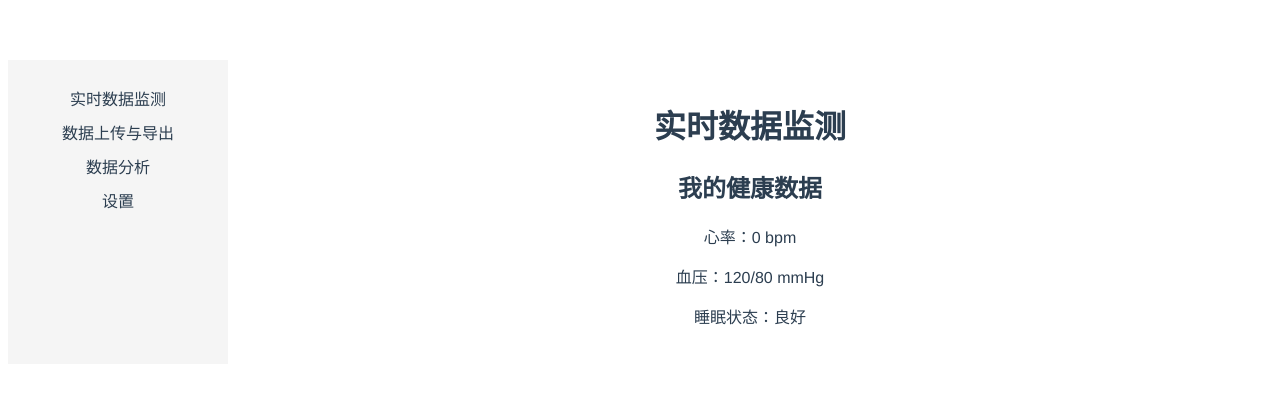
Repository: hyperion0831/The-management-of-IoT-data-sharing-based-on-blockchain
Page: / (app in Dz/frontend/)
These files come from the project's save history. The page is drawn as it stood at one moment and after the next save; the edit follows.
The browser window is 1280 px wide. The pictures show the whole page.
The project was rebuilt for these pictures with package versions that can differ from the ones it lists, and the page was loaded fresh each time. Also part of the build but not shown: Dz/frontend/vue.config.js, Dz/frontend/src/components/dashboard/DataUploadAndExport.vue, Dz/frontend/src/components/dashboard/DataAnalysis.vue, Dz/frontend/src/components/dashboard/AppSettings.vue.

Above is the page before, as saved 2024-11-03 18:18:00.

After the next save:
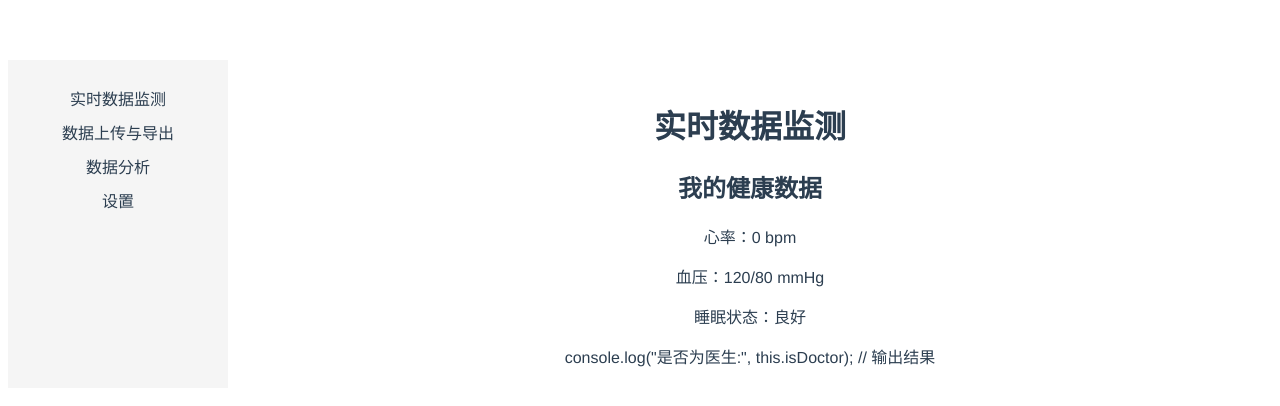
Saved 7 min 59 s later.
--- a/Dz/frontend/src/components/dashboard/RealTimeMonitoring.vue
+++ b/Dz/frontend/src/components/dashboard/RealTimeMonitoring.vue
@@ -27,6 +27,8 @@
       <p>心率：{{ userHealthData.heartRate }} bpm</p>
       <p>血压：{{ userHealthData.bloodPressure }} mmHg</p>
       <p>睡眠状态：{{ userHealthData.sleepStatus }}</p>
+
+      console.log("是否为医生:", this.isDoctor); // 输出结果
     </div>
   </div>
 </template>

After the save that followed:
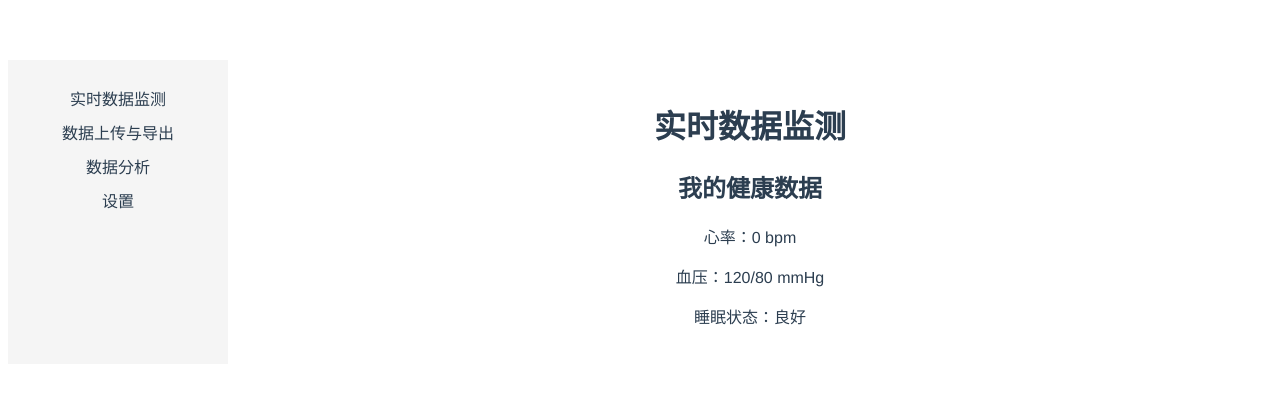
Saved 10 s later.
--- a/Dz/frontend/src/components/dashboard/RealTimeMonitoring.vue
+++ b/Dz/frontend/src/components/dashboard/RealTimeMonitoring.vue
@@ -28,7 +28,6 @@
       <p>血压：{{ userHealthData.bloodPressure }} mmHg</p>
       <p>睡眠状态：{{ userHealthData.sleepStatus }}</p>
 
-      console.log("是否为医生:", this.isDoctor); // 输出结果
     </div>
   </div>
 </template>
